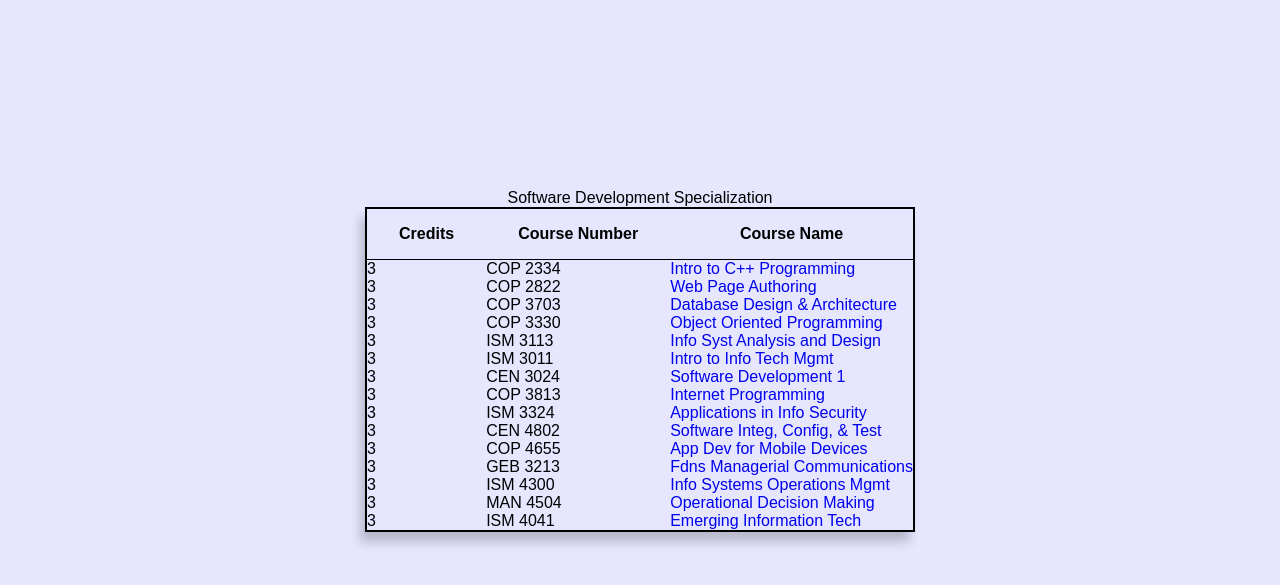
Repository: mlmEFSC21/P3-DegreeSpecializationTable
Page: index.html
These files come from the project's save history. The page is drawn as it stood at one moment and after the next save; the edit follows.
The browser window is 1280 px wide. The pictures show the whole page.
Some web fonts or font styles are not loaded; a fallback is used.

Above is the page before, as saved 2022-02-01 21:13:11.

### index.html
<!DOCTYPE html>
<html lang="en">
    <head>
        <meta charset="UTF-8" />
        <meta http-equiv="X-UA-Compatible" content="IE=edge" />
        <meta name="viewport" content="width=device-width, initial-scale=1.0" />
        <link rel="stylesheet" href="tableStyles.css" />
        <title>Degree Specialization Table</title>
    </head>
    <body>
        <table>
            <caption class="tableTitle">
                Software Development Specialization
            </caption>
            <thead>
                <tr class="colTitles">
                    <th>Credits</th>
                    <th>Course Number</th>
                    <th>Course Name</th>
                </tr>
            </thead>
            <tbody>
                <tr>
                    <td>3</td>
                    <td>COP 2334</td>
                    <td>
                        <a
                            href="https://bannerweb.easternflorida.edu/prod/bwckctlg.p_disp_course_detail?cat_term_in=202210&subj_code_in=COP&crse_numb_in=1000"
                            >Intro to C++ Programming</a
                        >
                    </td>
                </tr>
                <tr>
                    <td>3</td>
                    <td>COP 2822</td>
                    <td>
                        <a
                            href="https://bannerweb.easternflorida.edu/prod/bwckctlg.p_disp_course_detail?cat_term_in=202210&subj_code_in=COP&crse_numb_in=2822"
                            >Web Page Authoring</a
                        >
                    </td>
                </tr>
                <tr>
                    <td>3</td>
                    <td>COP 3703</td>
                    <td>
                        <a
                            href="https://bannerweb.easternflorida.edu/prod/bwckctlg.p_disp_course_detail?cat_term_in=202210&subj_code_in=COP&crse_numb_in=3703"
                            >Database Design & Architecture</a
                        >
                    </td>
                </tr>
                <tr>
                    <td>3</td>
                    <td>COP 3330</td>
                    <td>
                        <a
                            href="https://bannerweb.easternflorida.edu/prod/bwckctlg.p_disp_course_detail?cat_term_in=202210&subj_code_in=COP&crse_numb_in=3330"
                            >Object Oriented Programming</a
                        >
                    </td>
                </tr>
                <tr>
                    <td>3</td>
                    <td>ISM 3113</td>
                    <td>
                        <a
                            href="https://bannerweb.easternflorida.edu/prod/bwckctlg.p_disp_course_detail?cat_term_in=202210&subj_code_in=ISM&crse_numb_in=3113"
                            >Info Syst Analysis and Design</a
                        >
                    </td>
                </tr>
                <tr>
                    <td>3</td>
                    <td>ISM 3011</td>
                    <td>
                        <a
                            href="https://bannerweb.easternflorida.edu/prod/bwckctlg.p_disp_course_detail?cat_term_in=202210&subj_code_in=ISM&crse_numb_in=3011"
                            >Intro to Info Tech Mgmt</a
                        >
                    </td>
                </tr>
                <tr>
                    <td>3</td>
                    <td>CEN 3024</td>
                    <td>
                        <a
                            href="https://bannerweb.easternflorida.edu/prod/bwckctlg.p_disp_course_detail?cat_term_in=202210&subj_code_in=CEN&crse_numb_in=3024"
                            >Software Development 1</a
                        >
                    </td>
                </tr>
                <tr>
                    <td>3</td>
                    <td>COP 3813</td>
                    <td>
                        <a
                            href="https://bannerweb.easternflorida.edu/prod/bwckctlg.p_disp_course_detail?cat_term_in=202210&subj_code_in=COP&crse_numb_in=3813"
                            >Internet Programming</a
                        >
                    </td>
                </tr>
                <tr>
                    <td>3</td>
                    <td>ISM 3324</td>
                    <td>
                        <a
                            href="https://bannerweb.easternflorida.edu/prod/bwckctlg.p_disp_course_detail?cat_term_in=202210&subj_code_in=ISM&crse_numb_in=3324"
                            >Applications in Info Security</a
                        >
                    </td>
                </tr>
                <tr>
                    <td>3</td>
                    <td>CEN 4802</td>
                    <td>
                        <a
                            href="https://bannerweb.easternflorida.edu/prod/bwckctlg.p_disp_course_detail?cat_term_in=202210&subj_code_in=CEN&crse_numb_in=4802"
                            >Software Integ, Config, & Test</a
                        >
                    </td>
                </tr>
                <tr>
                    <td>3</td>
                    <td>COP 4655</td>
                    <td>
                        <a
                            href="https://bannerweb.easternflorida.edu/prod/bwckctlg.p_disp_course_detail?cat_term_in=202210&subj_code_in=COP&crse_numb_in=4655"
                            >App Dev for Mobile Devices</a
                        >
                    </td>
                </tr>
                <tr>
                    <td>3</td>
                    <td>GEB 3213</td>
                    <td>
                        <a
                            href="https://bannerweb.easternflorida.edu/prod/bwckctlg.p_disp_course_detail?cat_term_in=202210&subj_code_in=GEB&crse_numb_in=3213"
                            >Fdns Managerial Communications</a
                        >
                    </td>
                </tr>
                <tr>
                    <td>3</td>
                    <td>ISM 4300</td>
                    <td>
                        <a
                            href="https://bannerweb.easternflorida.edu/prod/bwckctlg.p_disp_course_detail?cat_term_in=202210&subj_code_in=ISM&crse_numb_in=4300"
                            >Info Systems Operations Mgmt</a
                        >
                    </td>
                </tr>
                <tr>
                    <td>3</td>
                    <td>MAN 4504</td>
                    <td>
                        <a
                            href="https://bannerweb.easternflorida.edu/prod/bwckctlg.p_disp_course_detail?cat_term_in=202210&subj_code_in=MAN&crse_numb_in=4504"
                            >Operational Decision Making</a
                        >
                    </td>
                </tr>
                <tr>
                    <td>3</td>
                    <td>ISM 4041</td>
                    <td>
                        <a
                            href="https://bannerweb.easternflorida.edu/prod/bwckctlg.p_disp_course_detail?cat_term_in=202210&subj_code_in=ISM&crse_numb_in=4041"
                            >Emerging Information Tech</a
                        >
                    </td>
                </tr>
            </tbody>
        </table>
    </body>
</html>

### tableStyles.css
@import url("https://fonts.googleapis.com/css2?family=Spectral:wght@400&display=swap");

:root {
    --clr-prime: #003c5e;
    --clr-second: #1a2028;
    --clr-accent: #8fb500;
    --clr-font-prime: #5b8ead;
    --clr-font-second: black;
    --clr-background: #e6e6ff;
}
*,
*::before,
*::after {
    margin: 0;
    padding: 0;
    box-sizing: border-box;
}
body {
    font-family: Spectral, sans-serif;
    height: 100vh;
    display: grid;
    align-items: center;
    justify-content: center;
    background-color: var(--clr-background);
}
table {
    border-collapse: collapse;
    box-shadow: -5px 10px 10px rgba(0, 0, 0, 0.2);
    border: 2px solid black;
    padding: 0.25rem;
}
thead {
    border-bottom: 1px solid black;
}
th {
    padding: 1rem 2rem;
}
a {
    text-decoration: none;
}

After the next save:
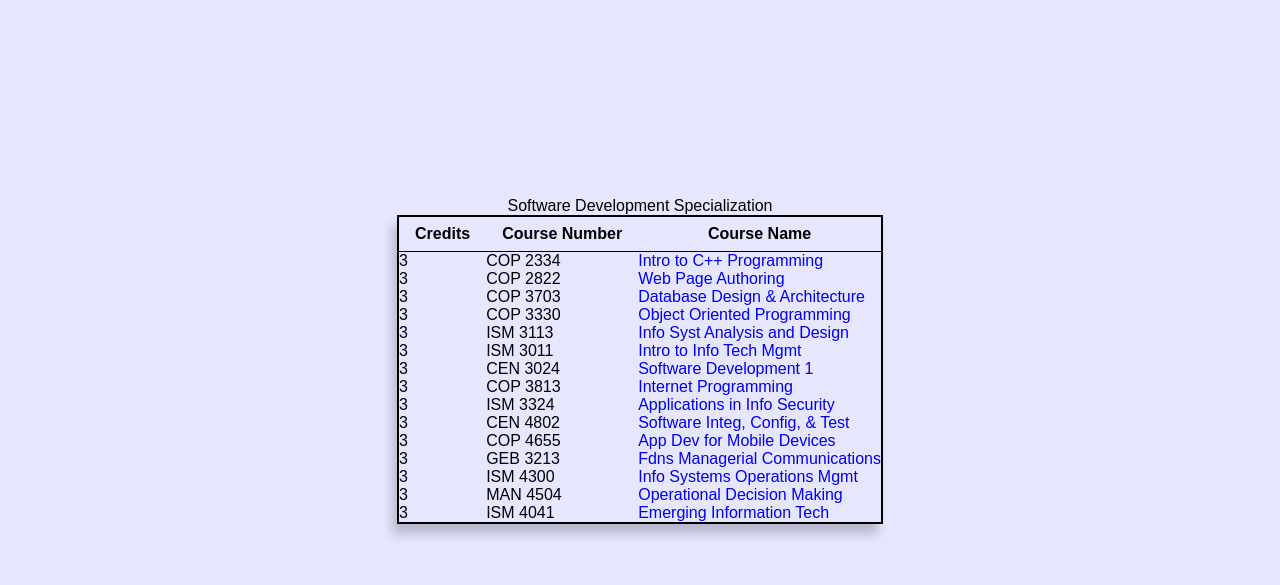
Saved 11 s later.
--- a/tableStyles.css
+++ b/tableStyles.css
@@ -33,7 +33,7 @@ thead {
     border-bottom: 1px solid black;
 }
 th {
-    padding: 1rem 2rem;
+    padding: 0.5rem 1rem;
 }
 a {
     text-decoration: none;
